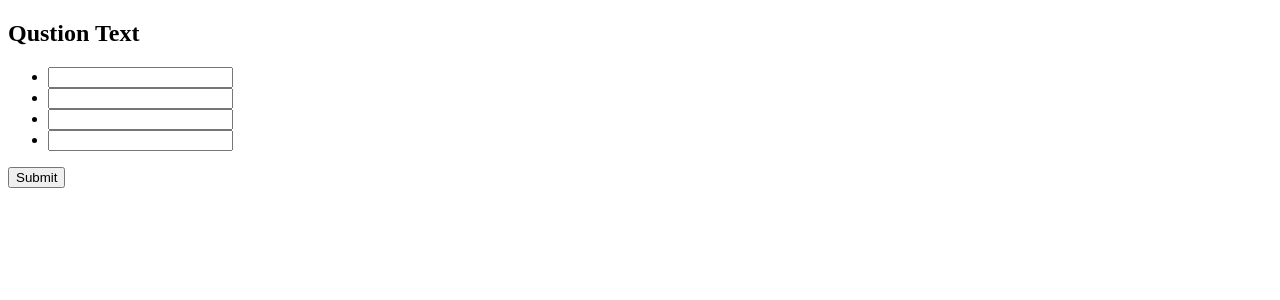
Repository: Abhi2359/Intermediate-projects
Page: Quiz App/index.html
An editor plug-in stored every save of this project. The page is shown before and after the next save, followed by the edit.
The browser window is 1280 px wide. The pictures show the whole page.

Above is the page before, as saved 2023-01-31 13:05:27.

After the next save:
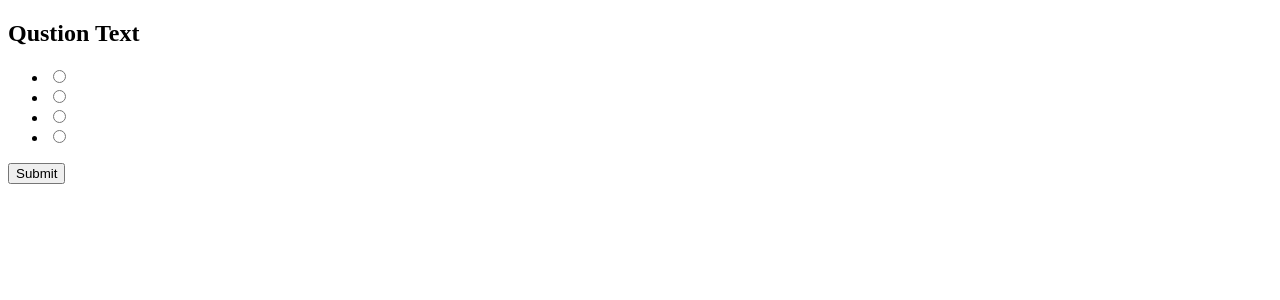
Saved 4 s later.
--- a/Quiz App/index.html
+++ b/Quiz App/index.html
@@ -10,10 +10,10 @@
     <div class="quiz-container">
         <h2>Qustion Text</h2>
         <ul>
-            <li><input type="check"><label for=""></label></li>
-            <li><input type="check"><label for=""></label></li>
-            <li><input type="check"><label for=""></label></li>
-            <li><input type="check"><label for=""></label></li>
+            <li><input type="radio"><label for=""></label></li>
+            <li><input type="radio"><label for=""></label></li>
+            <li><input type="radio"><label for=""></label></li>
+            <li><input type="radio"><label for=""></label></li>
         </ul>
         <button>Submit</button>
     </div>
